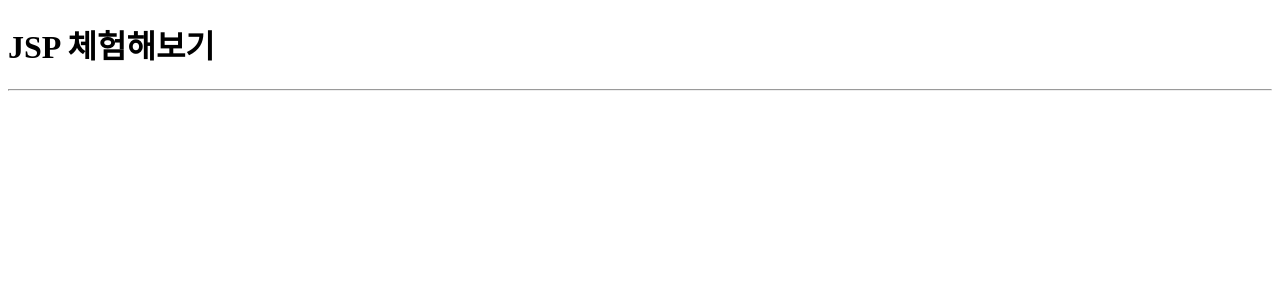
Repository: jchh0177/jsp-work
Page: http://localhost/cos/
These files come from the project's save history. The page is drawn as it stood at one moment and after the next save; the edit follows.
The browser window is 1280 px wide. The pictures show the whole page.
The page is served by Tomcat 9. Other server files are loaded and not shown.

Above is the page before, as saved 2020-08-08 07:13:27.

### cos/WebContent/index.jsp
<%@ page language="java" contentType="text/html; charset=UTF-8"
    pageEncoding="UTF-8"%>
<!DOCTYPE html>
<html>
<head>
<meta charset="UTF-8">
<title>첫번째 JSP</title>
</head>
<body>
<h1>JSP 체험해보기</h1>
<hr/>
<%
	int num = 10;
%>
</body>
</html>

After the next save:
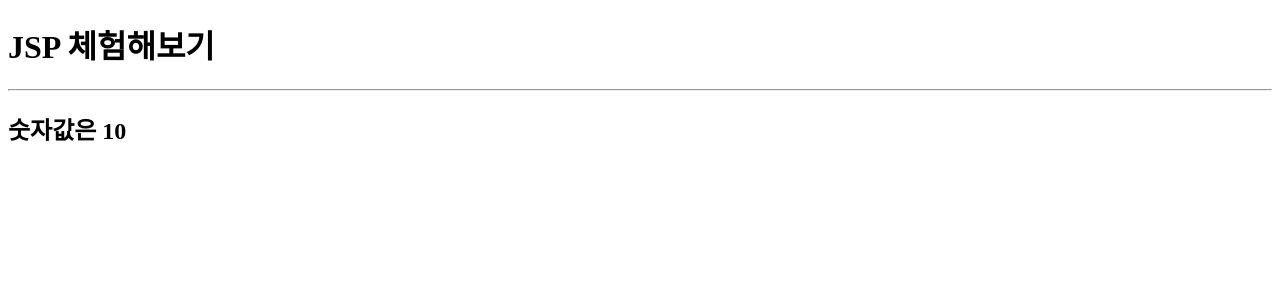
Saved 3 min 24 s later.
--- a/cos/WebContent/index.jsp
+++ b/cos/WebContent/index.jsp
@@ -12,5 +12,6 @@
 <%
 	int num = 10;
 %>
+<h2>숫자값은 <%=num %></h2>
 </body>
 </html>
